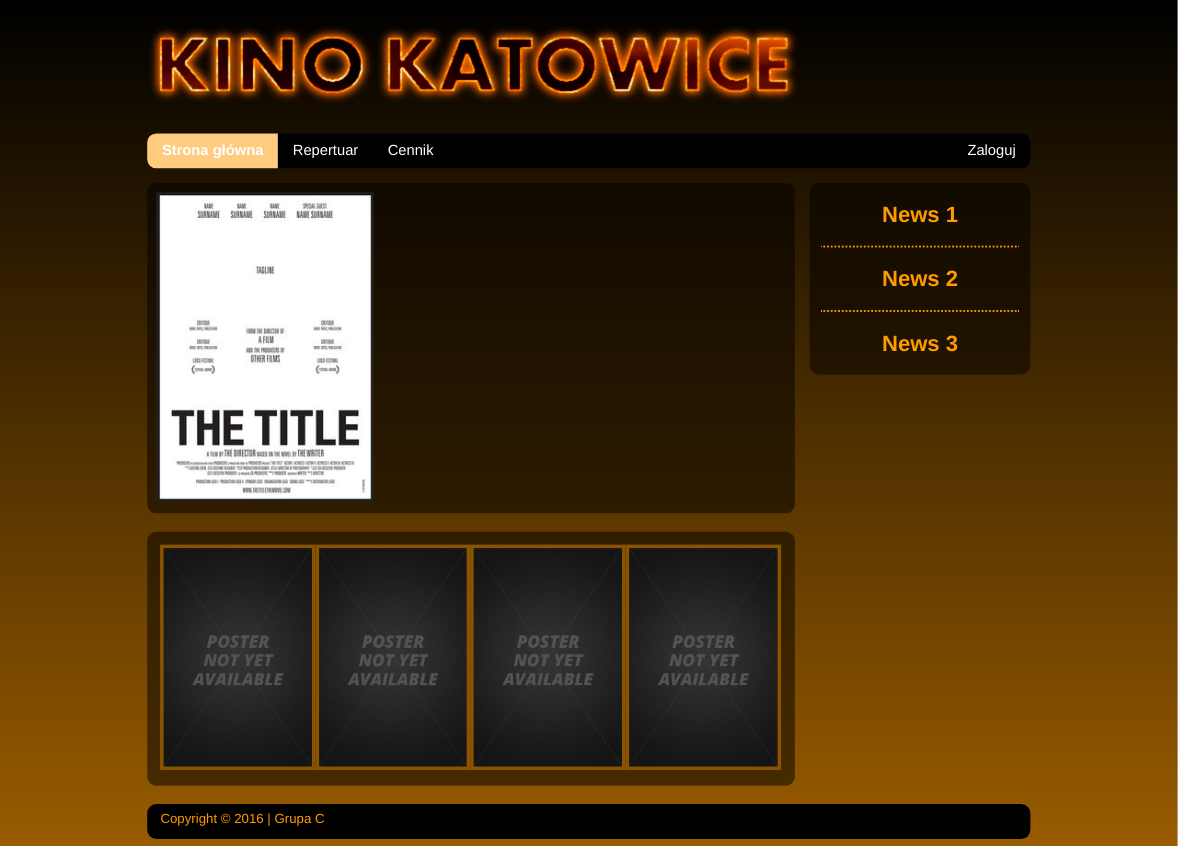
Repository: Gate4/Grupa-C
Page: http://localhost/KinoWebApp/WEB-INF/jsp/welcome.jsp
An editor plug-in stored every save of this project. The page is shown before and after the next save, followed by the edit.
The browser window is 1280 px wide. The pictures show the whole page, at 92% of full size.
Some web libraries are served in a nearby version. The page is served by Tomcat 9. Nobody is signed in. Other server files are loaded and not shown. The template is opened directly, without the code that normally fills it, so the values that code supplies are empty.

Above is the page before, as saved 2016-04-21 21:44:02.

### KinoWebApp/WebContent/WEB-INF/jsp/welcome.jsp
<%@page pageEncoding="UTF-8" contentType="text/html; charset=UTF-8"%>
<%@ taglib prefix="spring" uri="http://www.springframework.org/tags"%>
<!DOCTYPE html>
<html>
<head>


<spring:url value="/resources/style.css" var="styleCSS" />
<link href="${styleCSS}" rel="stylesheet" />
<script
	src="https://ajax.googleapis.com/ajax/libs/jquery/2.1.3/jquery.min.js"></script>
<link href="${styleCSS}" rel="stylesheet" />
<title>Kino</title>
</head>

<body>
	<div id="page">
		<header>
			<h1 id="logo">
				<img src="img/logo.png" alt="Najlepsze kino ever">
			</h1>

			<nav class="clear">
				<ul>
					<li><a class="active" href='#'>Strona główna</a></li>
					<li><a href='#'>Repertuar</a></li>
					<li><a href='#'>Cennik</a></li>
					<li><a href='#'>Zaloguj</a></li>
				</ul>
			</nav>
		</header>


		<div id="content" role="main">
			<section class="primary">
				<section class="tile">
					<img src="resources/img/poster1.jpg" alt="Tytuł filmu 1">
				</section>

				<section class="tile">
					<section class="poster">
						<a href='#'><img src="resources/img/poster4.jpg"
							alt="Tytuł filmu 1"></a>
					</section>
					<section class="poster">
						<a href='#'><img src="resources/img/poster4.jpg"
							alt="Tytuł filmu 2"></a>
					</section>
					<section class="poster">
						<a href='#'><img src="resources/img/poster4.jpg"
							alt="Tytuł filmu 3"></a>
					</section>
					<section class="poster">
						<a href='#'><img src="resources/img/poster4.jpg"
							alt="Tytuł filmu 4"></a>
					</section>
				</section>

			</section>

			<aside class="secondary">
				<section>
					<h2>News 1</h2>
					<p>${message}</p>
				</section>
				<hr>
				<section>
					<h2>News 2</h2>
					<p>${message}</p>
				</section>
				<hr>
				<section>
					<h2>News 3</h2>
					<p>${message}</p>
				</section>
			</aside>
		</div>

		<footer class="clear">
			<section class="footer">
				<p>Copyright © 2016 | Grupa C</p>
			</section>
		</footer>
	</div>

</body>

</html>

### KinoWebApp/WebContent/resources/style.css
body{
	background: #000000;
	background: linear-gradient(#000000, #995c00);
	color: #FF9A00;
	font-family: Helvetica, Verdana, sans;
}

#page{
	width: 960px;
	margin: 0 auto;
}

#logo, .primary, .poster, .tile{
	float: left;
}

#contact, .secondary{
	float: right;
}

.clear{
	clear: both;
}

.primary{
	width: 75%;
}

.secondary{
	border-radius: 10px;
	background-color: #000000;
	background-color: rgba(0,0,0,0.5);
	width: 25%;
}

.secondary p{
	margin-left: 1em;
	text-align: left;
	color: #FFCC7F;
}

.secondary h2{
	text-align: center;
}

.secondary hr{
	border: none;
	border-top: 2px dotted #FF9A00;
	width: 90%;
}

nav ul{
	border-radius: 10px;
	background-color: #000000;
	min-height: 2.4em;
	list-style: none;
	padding: 0;
}

nav ul li{
	display: inline;
	padding: 5px 1em;
}

nav ul li a{
	display: block;
	float: left;
	height: 1.2em;
	padding: 0.6em 1em;
	margin: 0;
	color: #fff;
	text-decoration: none;
}

nav ul li a:hover, a.active{
	background: #FFCC7F;
	font-weight: bold;
}

nav ul li:last-child{
	float: right;
	padding: 0;
}

nav ul li:first-child a:hover, nav ul li:first-child a.active{
	border-radius: 10px 0 0 10px;
}

nav ul li:last-child a:hover, nav ul li:last-child a.active{
	border-radius: 0 10px 10px 0;
}


.hidden{
	display: none;
}

.poster{
	width: 23.5%;
	padding: 4px 4px 4px 4px;
}

.poster img{
	border-style: solid;
    border-width: 4px;
    border-color: #895300;
	width: 100%;
}

.poster img:hover{
	border-style: solid;
    border-width: 4px;
    border-color: #ffb13b;
	width: 100%;
}


.tile{
    border-radius: 10px;
	background-color: #000000;
	background-color: rgba(0,0,0,0.5);
    width: 95%;

    color: #111;

    font-size: 0.8em;

    text-align: left;

    margin: 0px 20px 20px 0px;

    padding: 10px 10px 10px 10px;

    border-radius: 10px;
}

.footer{
	border-radius: 10px;
	background-color: #000000;
	min-height: 2.4em;
	padding: 0 0px 0 0;
}

.footer p{
	font-size: 0.9em;
	padding: 0.6em 1em;
}

After the next save:
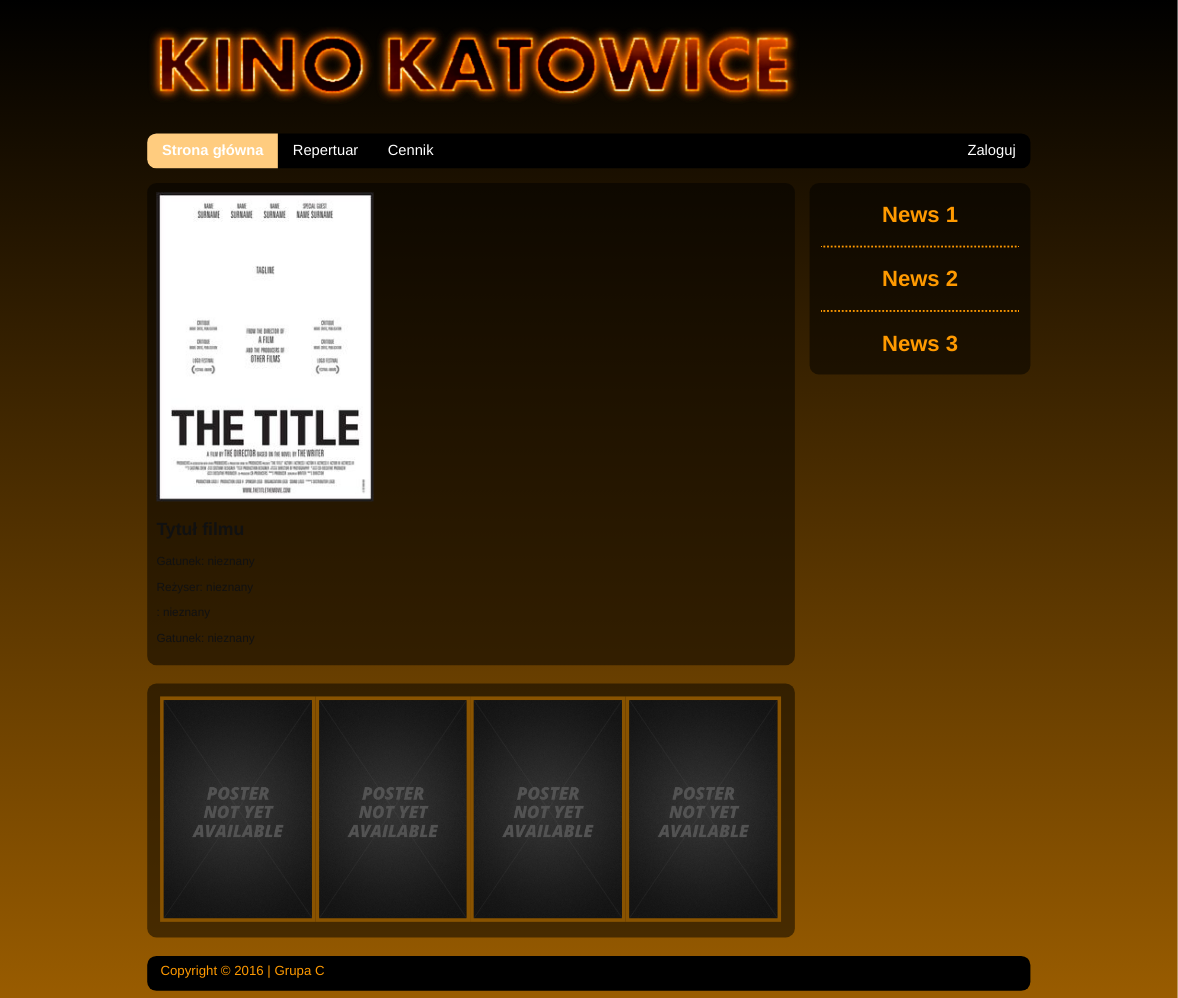
Saved 3 min 41 s later.
--- a/KinoWebApp/WebContent/WEB-INF/jsp/welcome.jsp
+++ b/KinoWebApp/WebContent/WEB-INF/jsp/welcome.jsp
@@ -35,6 +35,11 @@
 			<section class="primary">
 				<section class="tile">
 					<img src="resources/img/poster1.jpg" alt="Tytuł filmu 1">
+					<h2>Tytuł filmu</h2>
+					<p>Gatunek: <span>nieznany</span></p>
+					<p>Reżyser: <span>nieznany</span></p>
+					<p>: <span>nieznany</span></p>
+					<p>Gatunek: <span>nieznany</span></p>
 				</section>
 
 				<section class="tile">
